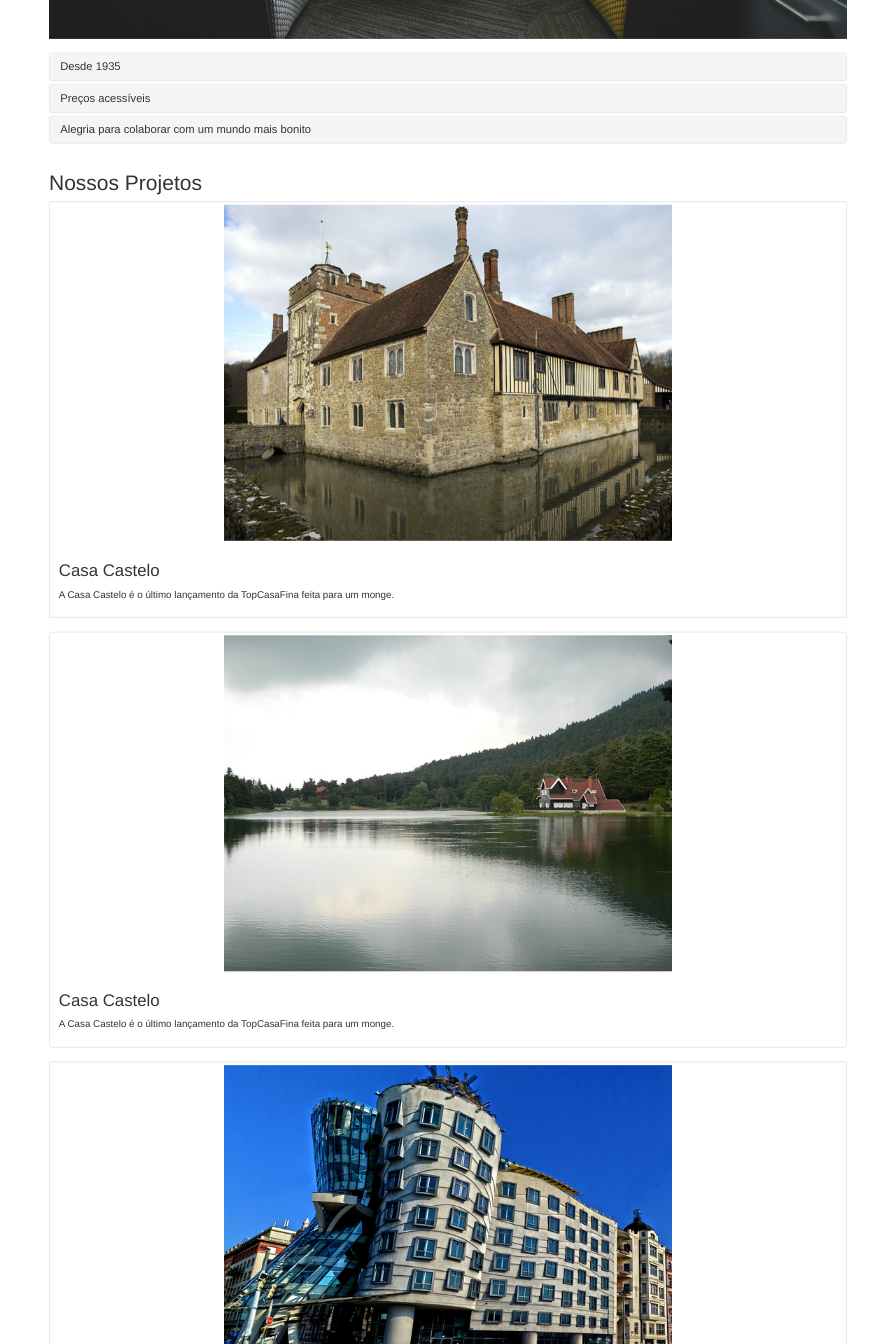
Repository: daviemer/bootstrap-alura
Page: index2.html
These files come from the project's save history. The page is drawn as it stood at one moment and after the next save; the edit follows.
The browser window is 1280 px wide. The pictures show the part of the page from y = 761 to 2681 px (the page is 4121 px tall before and 4214 px after), at 70% of full size.

Above is the page before, as saved 2022-07-08 21:22:30.

After the next save:
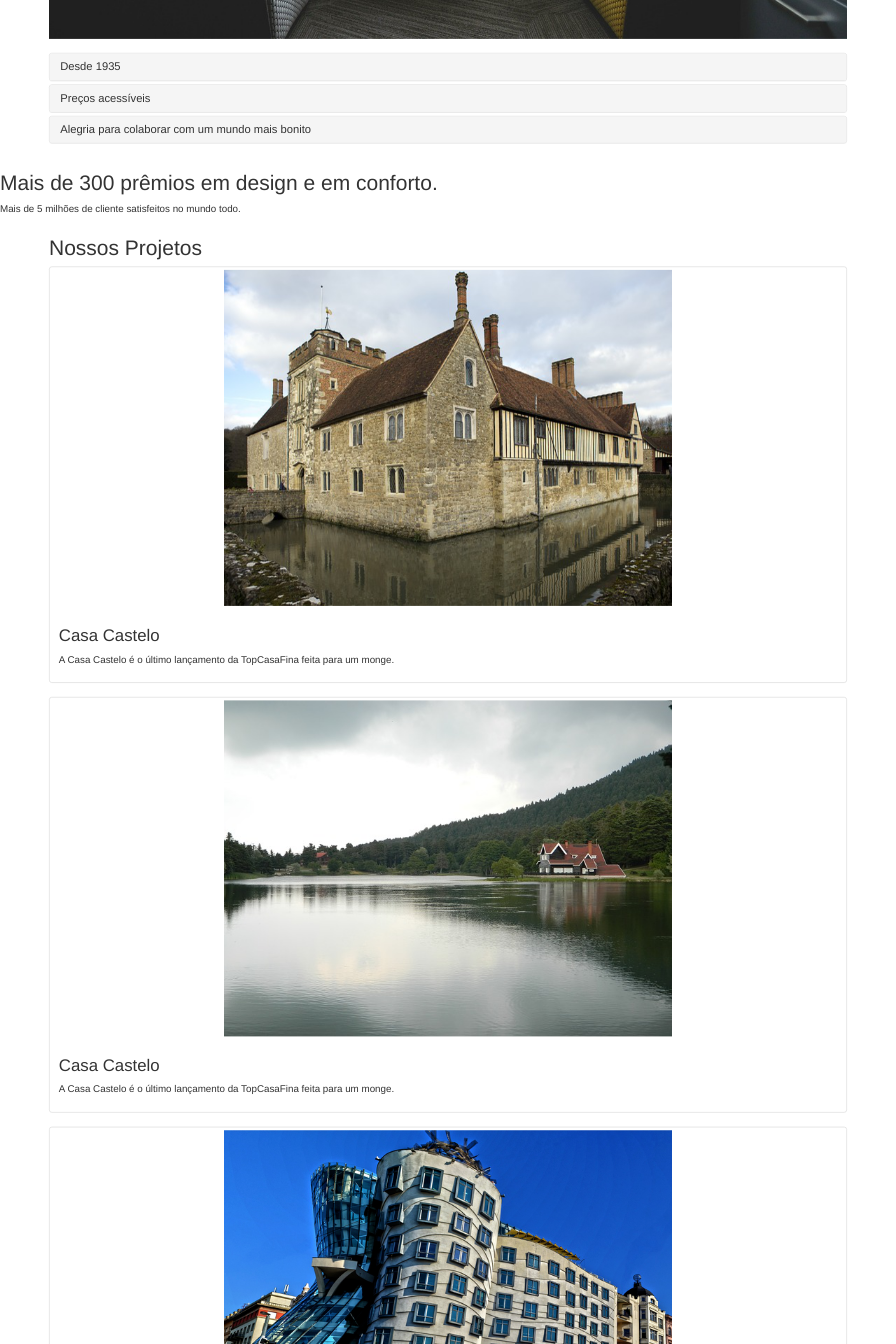
Saved 106 s later.
--- a/index2.html
+++ b/index2.html
@@ -54,6 +54,9 @@
     </div>
   </section>
 
+  <h2>Mais de 300 prêmios em design e em conforto.</h2>
+  <p>Mais de 5 milhões de cliente satisfeitos no mundo todo.</p>
+
   <section class="container">
     <h2>Nossos Projetos</h2>
 
